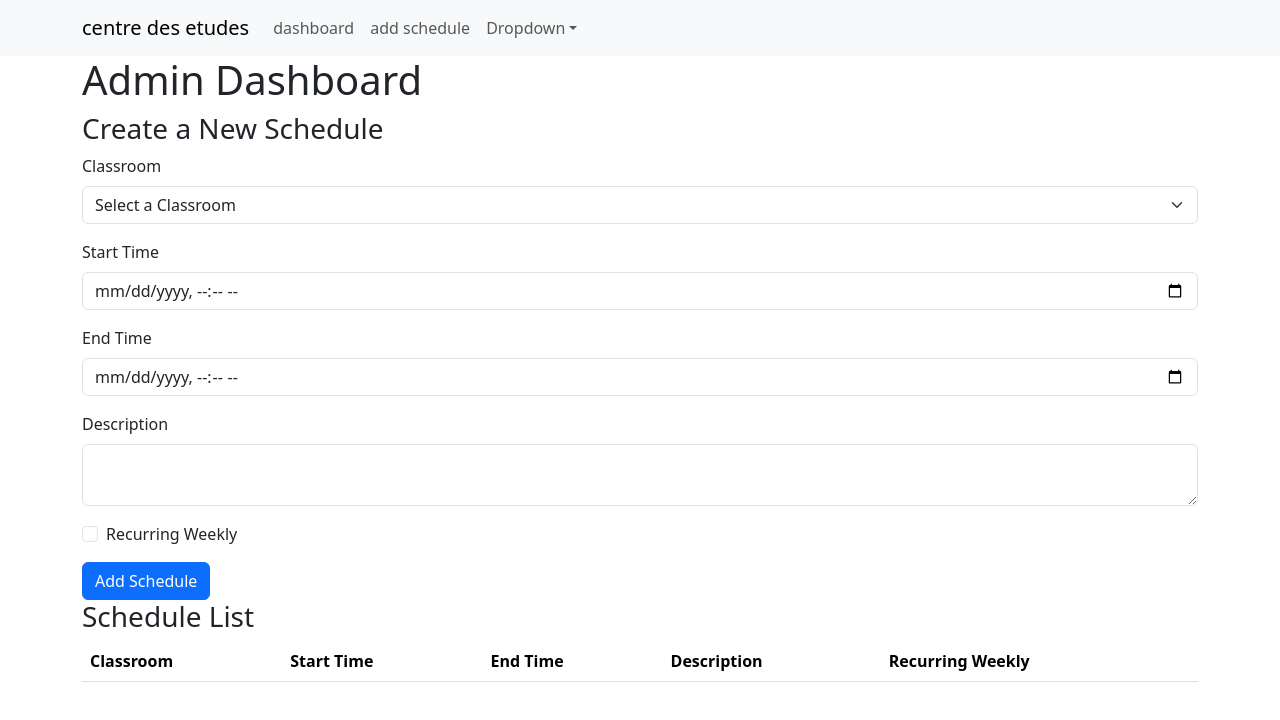
Repository: hatemmoalla368/centredesetudes-nextjs-prisma-calender-cashmanagment
Page: /
An editor plug-in stored every save of this project. The page is shown before and after the next save, followed by the edit.
The browser window is 1280 px wide. The pictures show the whole page.
The page's requests for data from a server got no answer. The project was rebuilt for these pictures with package versions that can differ from the ones it lists, and the page was loaded fresh each time. The framework's server and built-in components were replaced by stand-ins that run in the browser. No one was signed in, and anything a server would have sent is missing. Also part of the build but not shown: next.config.mjs.

Above is the page before, as saved 2025-03-01 22:10:23.

After the next save:
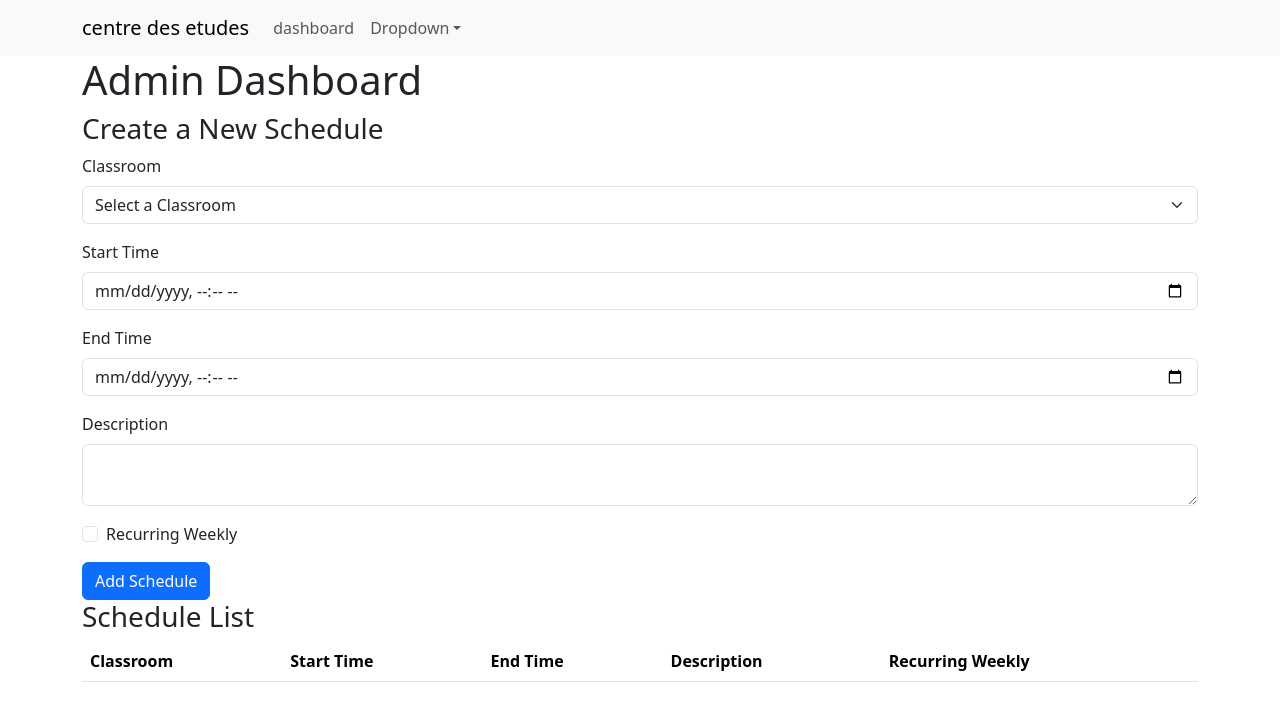
Saved 73 s later.
--- a/src/components/Navabar.jsx
+++ b/src/components/Navabar.jsx
@@ -14,7 +14,7 @@ function Navabar() {
         <Navbar.Collapse id="basic-navbar-nav">
           <Nav className="me-auto">
             <Nav.Link as={Link} href="/">dashboard</Nav.Link>
-            <Nav.Link as={Link} href="/AddScheduleForm">add schedule</Nav.Link>
+
             <NavDropdown title="Dropdown" id="basic-nav-dropdown">
               <NavDropdown.Item href="#action/3.1">Action</NavDropdown.Item>
               <NavDropdown.Item href="#action/3.2">
